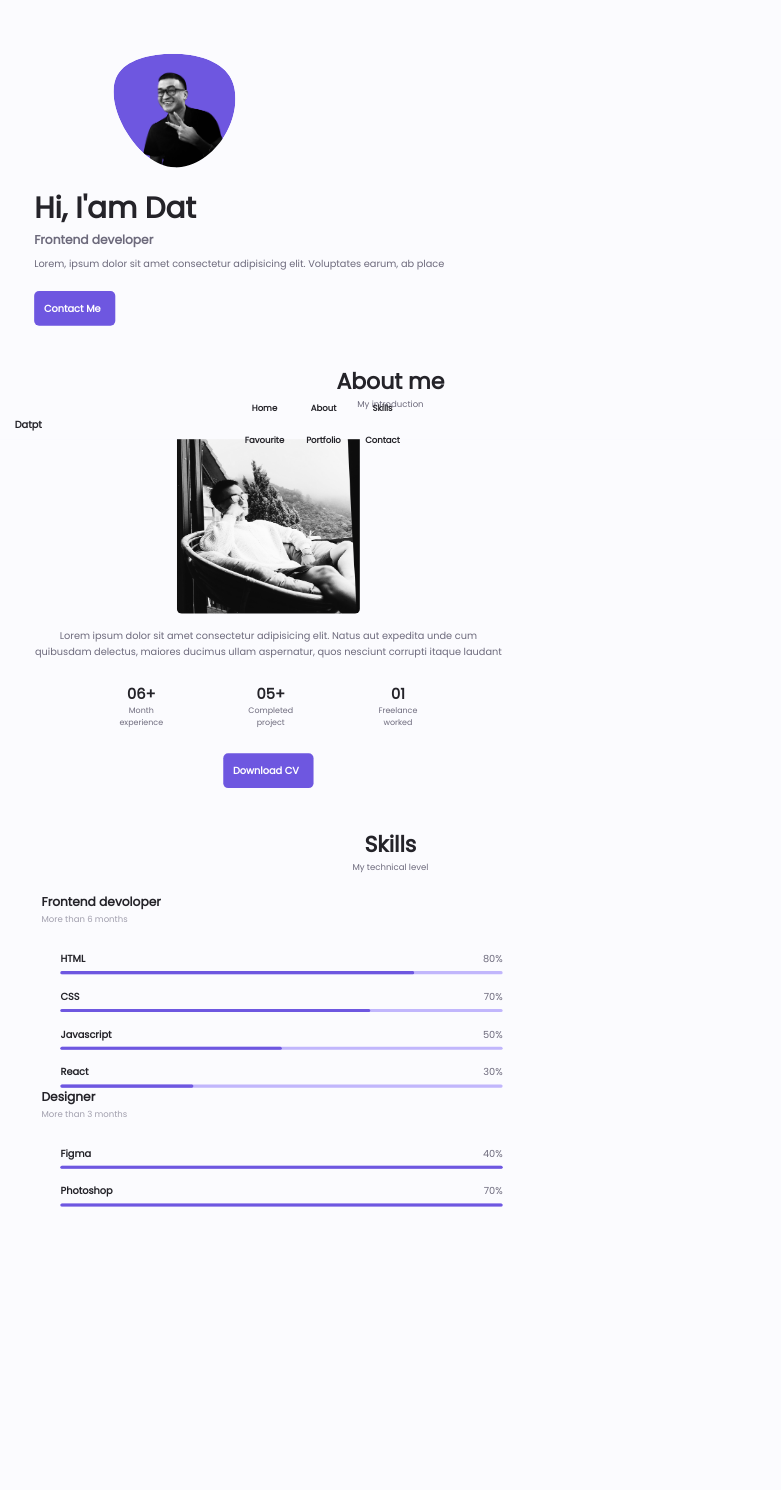
Repository: Datt21/portfolio
Page: index.html
These files come from the project's save history. The page is drawn as it stood at one moment and after the next save; the edit follows.
The browser window is 1280 px wide. The pictures show the whole page, at 61% of full size.
Some icons come from a web library that is not loaded, so they are not drawn.

Above is the page before, as saved 2021-07-10 17:32:18.

After the next save:
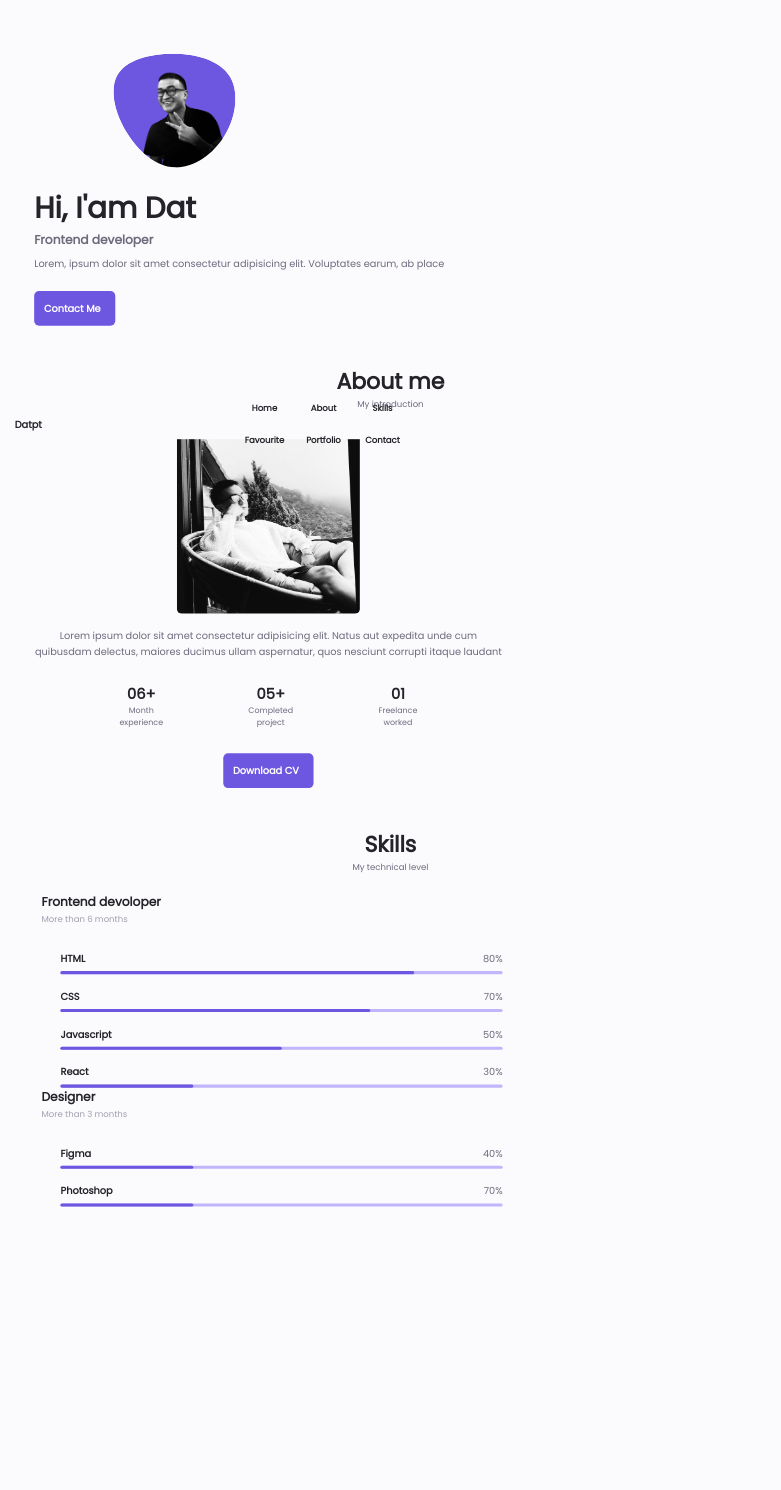
Saved 62 s later.
--- a/Css/style.css
+++ b/Css/style.css
@@ -461,6 +461,15 @@ img{
 .skills__react{
     width: 30%;
 }
+
+.skills__figma{
+    width: 30%;
+}
+
+.skills__photoshop{
+    width: 30%;
+}
+
 /*==================== QUALIFICATION ====================*/
 
 
